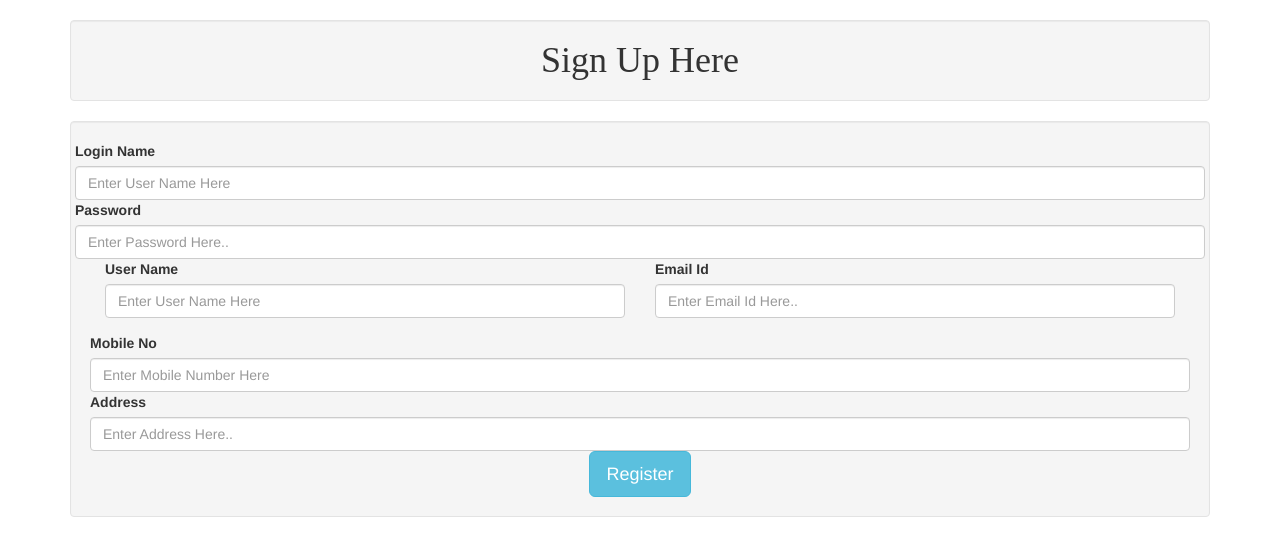
Repository: ManaliSant/Project-2-
Page: InteractionFrontEnd/WebContent/web/c_user/SignUp.html
The author's editor kept a copy of each file at every save. The page is drawn from the files as they stood at one save, then again after the next save.
The browser window is 1280 px wide. The pictures show the whole page.

Above is the page before, as saved 2018-12-12 11:36:59.

After the next save:
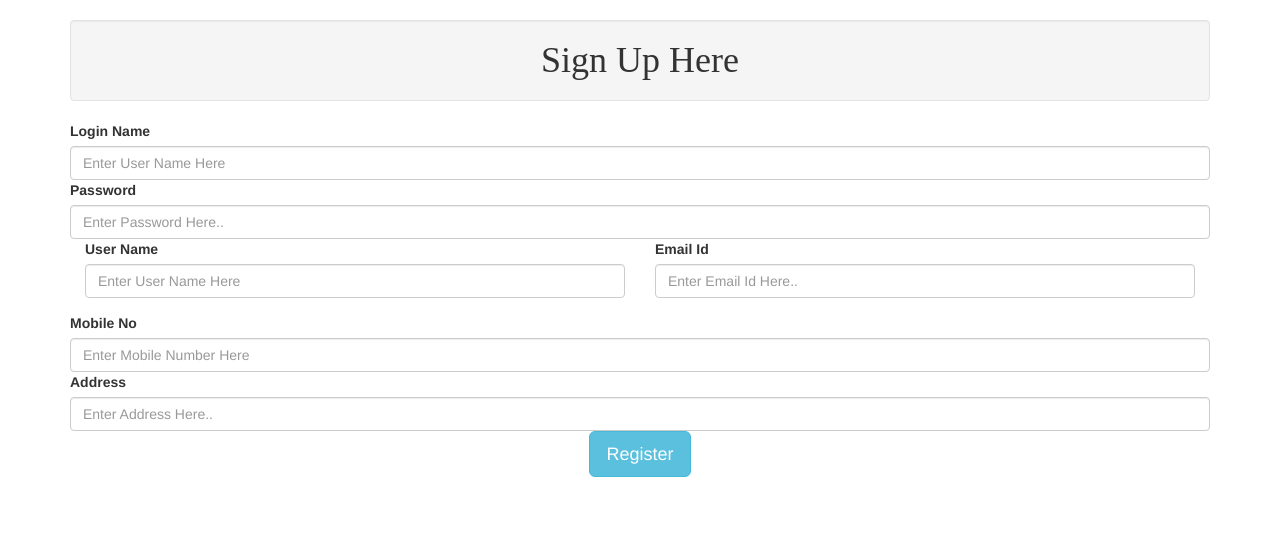
Saved 16 s later.
--- a/InteractionFrontEnd/WebContent/web/c_user/SignUp.html
+++ b/InteractionFrontEnd/WebContent/web/c_user/SignUp.html
@@ -17,11 +17,11 @@
 		</center>
 	</h1>
 
-	<div class="col-lg-12 well">
-		<div class="row">
+	<div >
+		<div >
 			<form>
-				<div class="col-sm-12">
-					<div class="row">
+				<div >
+					<div >
 						<div >
 							<label>Login Name</label> <input type="text" name="loginname"
 								ng-model="User.loginname" placeholder="Enter User Name Here"
